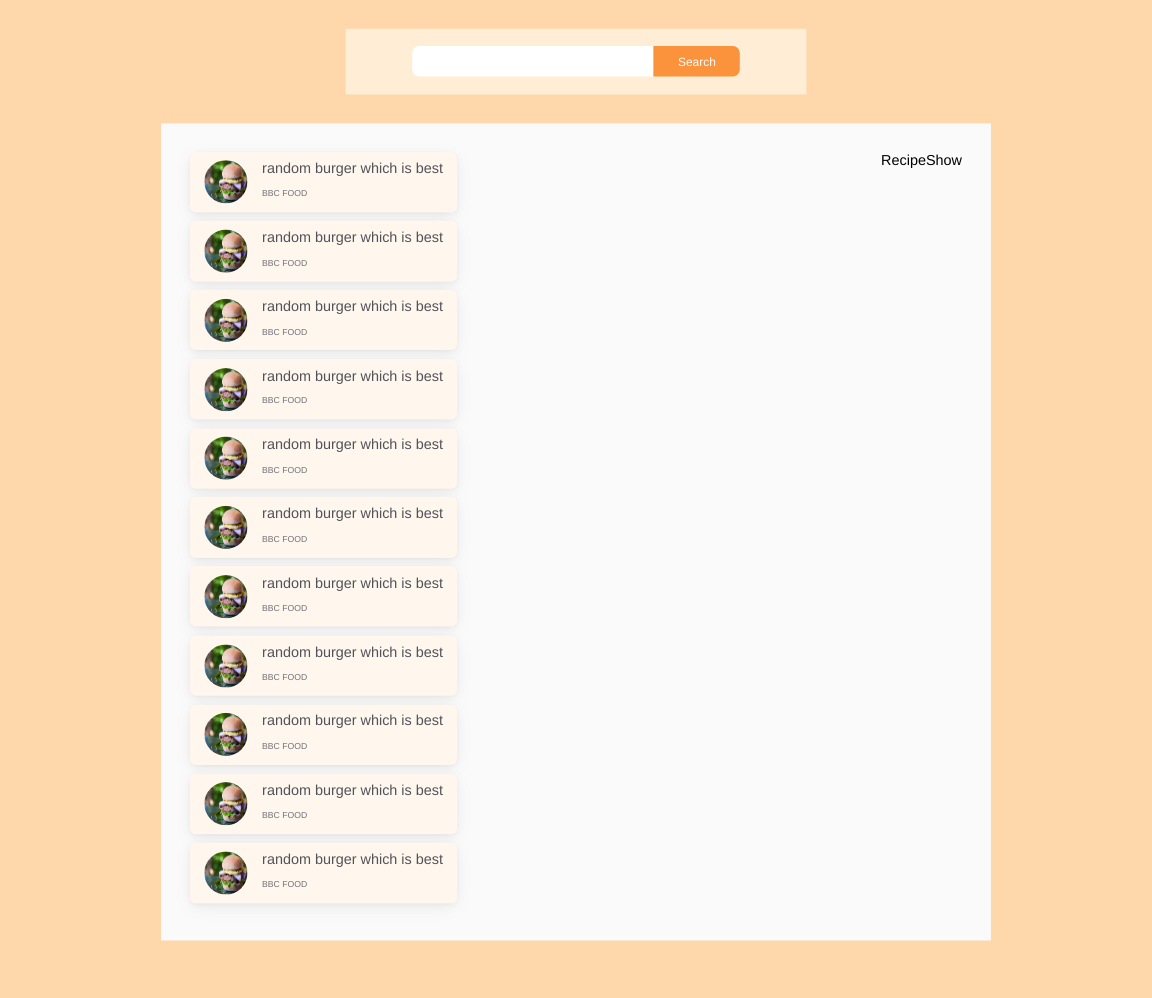
Repository: sandipkarmokar/recipeApp
Page: /
These files come from the project's save history. The page is drawn as it stood at one moment and after the next save; the edit follows.
The browser window is 1280 px wide. The pictures show the whole page, at 90% of full size.
The project was rebuilt for these pictures with package versions that can differ from the ones it lists, and the page was loaded fresh each time.

Above is the page before, as saved 2022-04-16 12:23:28.

### src/App.js
import { useState } from 'react';
import './App.css';
import SearchBar from './components/searchBar';
import ListView from './components/listView';
import RecipeShow from './components/recipeShow';

const App = () => {
    const [query, setQuery] = useState('');
    const [recipeList, setRecipeList] = useState([]);
    const [isLoading, setIsLoading] = useState(true);
    const [recipeId, setRecipeId] = useState('');

    const url = `https://forkify-api.herokuapp.com/api/search?q=${query}`;
    const recipeUrl = `https://forkify-api.herokuapp.com/api/get?rId=${recipeId}`;

    return (
        <div className="app">
            <div className="app-container">
                <SearchBar></SearchBar>
                <div className="recipe-modal">
                    <ListView></ListView>
                    <RecipeShow></RecipeShow>
                </div>
            </div>
        </div>
    );
};

export default App;

### src/App.css
* {
    margin: 0;
    padding: 0;
    box-sizing: border-box;
    font-family: Helvetica, sans-serif;
}

.app {
    height: 100%;
    width: 100vw;
    background-color: #fed7aa;
}

.app .app-container {
    margin: 0 auto;
    width: 80%;
    padding: 2rem 0;
    display: flex;
    justify-content: center;
    flex-direction: column;
}

.app .app-container .searchBar {
    width: 50%;
    background-color: #ffedd5;
    padding: 1.2rem 1rem;
    margin: 0 auto;
    width: 50%;
    display: flex;
    justify-content: center;
}
.app .app-container .searchBar .searchBar-container {
    width: 80%;
    margin: 0 auto;
    display: flex;
    justify-content: center;
}
.app .app-container .searchBar .searchBar-container input {
    width: 70%;
    padding: 0.4rem 1rem;
    border: none;
    border-radius: 0.5rem 0 0 0.5rem;
}

.app .app-container .searchBar .searchBar-container button {
    width: 25%;
    padding: 0.6rem 1rem;
    background-color: #fb923c;
    border: none;
    color: #fff;
    border-radius: 0 0.5rem 0.5rem 0;
}

.app .app-container .recipe-modal {
    width: 90%;
    background-color: #fafafa;
    margin: 2rem auto;
    display: flex;
    justify-content: space-between;
    padding: 2rem;
}
/*
.app .app-container .recipe-modal .recipeList {
    width: %;
} */

.app
    .app-container
    .recipe-modal
    .recipeList
    .recipeList-container
    .recipe-item {
    display: flex;
    background-color: #fff7ed;
    padding: 0.6rem 1rem;
    margin-bottom: 0.6rem;
    box-shadow: 0px 5px 24px rgba(0, 0, 0, 0.04),
        0px 3.24074px 14.0556px rgba(0, 0, 0, 0.0303704),
        0px 1.92593px 7.64444px rgba(0, 0, 0, 0.0242963),
        0px 1px 3.9px rgba(0, 0, 0, 0.02),
        0px 0.407407px 1.95556px rgba(0, 0, 0, 0.0157037),
        0px 0.0925926px 0.944444px rgba(0, 0, 0, 0.00962963);
    border-radius: 0.4rem;
}
.app
    .app-container
    .recipe-modal
    .recipeList
    .recipeList-container
    .recipe-item
    img {
    height: 48px;
    width: 48px;
    border-radius: 100%;
}
.app
    .app-container
    .recipe-modal
    .recipeList
    .recipeList-container
    .recipe-item
    .info {
    display: flex;
    flex-direction: column;
    margin-left: 1rem;
}
.app
    .app-container
    .recipe-modal
    .recipeList
    .recipeList-container
    .recipe-item
    .info
    .title {
    color: #52525b;
    font-size: 1rem;
}
.app
    .app-container
    .recipe-modal
    .recipeList
    .recipeList-container
    .recipe-item
    .info
    .publisher {
    color: #71717a;
    font-size: 0.6rem;
    margin-top: 0.8rem;
}

### src/components/searchBar.js
import React from 'react';

const SearchBar = () => {
    return (
        <div className="searchBar">
            <form className="searchBar-container">
                <input type="text" />
                <button type="submit">Search</button>
            </form>
        </div>
    );
};

export default SearchBar;

### src/components/listView.js
import React from 'react';
import data from './data';

const ListView = () => {
    return (
        <div className="recipeList">
            <div className="recipeList-container">
                {data.map((el) => {
                    console.log(data);
                    return (
                        <div className="recipe-item">
                            <img src={el.img} alt="" />
                            <div className="info">
                                <p className="title">{el.title}</p>
                                <p className="publisher">{el.publisher}</p>
                            </div>
                        </div>
                    );
                })}
            </div>
        </div>
    );
};

export default ListView;

### src/components/recipeShow.js
import React from 'react';

const RecipeShow = () => {
    return <div>RecipeShow</div>;
};

export default RecipeShow;

### src/components/data.js
import image from '../components/food.jpg';

const data = [
    {
        id: 1,
        img: image,
        title: 'random burger which is best',
        publisher: 'BBC FOOD',
    },
    {
        id: 1,
        img: image,
        title: 'random burger which is best',
        publisher: 'BBC FOOD',
    },
    {
        id: 1,
        img: image,
        title: 'random burger which is best',
        publisher: 'BBC FOOD',
    },
    {
        id: 1,
        img: image,
        title: 'random burger which is best',
        publisher: 'BBC FOOD',
    },
    {
        id: 1,
        img: image,
        title: 'random burger which is best',
        publisher: 'BBC FOOD',
    },
    {
        id: 1,
        img: image,
        title: 'random burger which is best',
        publisher: 'BBC FOOD',
    },
    {
        id: 1,
        img: image,
        title: 'random burger which is best',
        publisher: 'BBC FOOD',
    },
    {
        id: 1,
        img: image,
        title: 'random burger which is best',
        publisher: 'BBC FOOD',
    },
    {
        id: 1,
        img: image,
        title: 'random burger which is best',
        publisher: 'BBC FOOD',
    },
    {
        id: 1,
        img: image,
        title: 'random burger which is best',
        publisher: 'BBC FOOD',
    },
    {
        id: 1,
        img: image,
        title: 'random burger which is best',
        publisher: 'BBC FOOD',
    },
];

export default data;

Loaded but not shown: public/index.html (common file); src/index.js (common file); src/index.css (common file); src/reportWebVitals.js (common file)

After the next save:
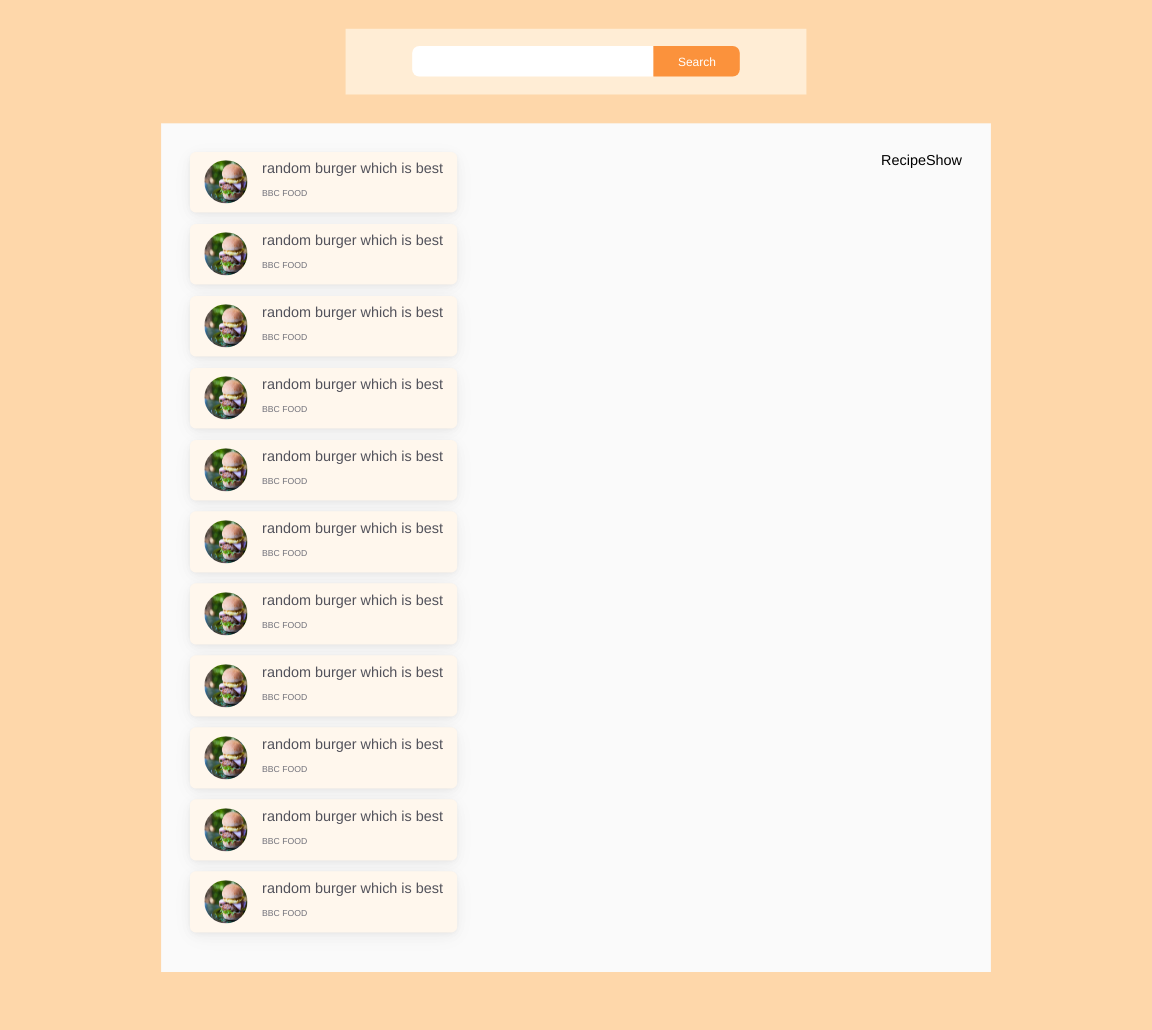
Saved 18 s later.
--- a/src/App.css
+++ b/src/App.css
@@ -73,7 +73,7 @@
     display: flex;
     background-color: #fff7ed;
     padding: 0.6rem 1rem;
-    margin-bottom: 0.6rem;
+    margin-bottom: 0.8rem;
     box-shadow: 0px 5px 24px rgba(0, 0, 0, 0.04),
         0px 3.24074px 14.0556px rgba(0, 0, 0, 0.0303704),
         0px 1.92593px 7.64444px rgba(0, 0, 0, 0.0242963),
